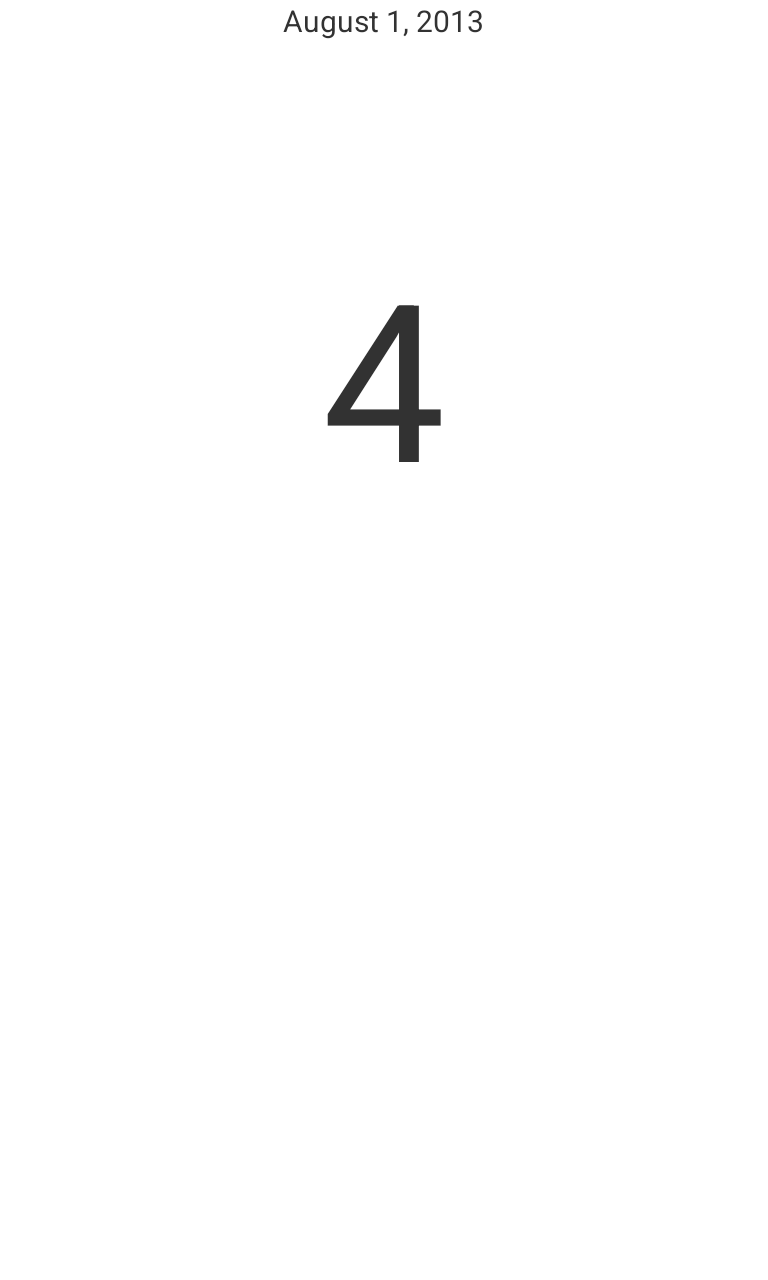
Repository: jemcphe/XCell
Layout: XCell/res/layout/connected.xml
The author's editor kept a copy of each file at every save. The layout is drawn from the files as they stood at one save, then again after the next save.
It is drawn on a 768 x 1280 px phone screen (xhdpi) without system bars, with theme Theme.Xcell; the app's code is not run.

Above is the layout before, as saved 2013-08-16 21:30:39.

### XCell/res/layout/connected.xml
<?xml version="1.0" encoding="utf-8"?>
<RelativeLayout xmlns:android="http://schemas.android.com/apk/res/android"
    android:layout_width="match_parent"
    android:layout_height="match_parent"
    android:orientation="vertical" >

    <TextView
        android:id="@+id/connectedDate"
        android:layout_width="wrap_content"
        android:layout_height="wrap_content"
        android:layout_alignParentTop="true"
        android:layout_centerHorizontal="true"
        android:text="August 1, 2013"
        android:textSize="15sp"/>

    <TextView
        android:id="@+id/connectedValue"
        android:layout_width="wrap_content"
        android:layout_height="wrap_content"
        android:layout_below="@+id/connectedDate"
        android:layout_centerHorizontal="true"
        android:layout_marginTop="94dp"
        android:textSize="110sp"
        android:text="4" />

</RelativeLayout>

### XCell/res/values/styles_xcell.xml
<?xml version="1.0" encoding="utf-8"?>

<resources>

    <style name="Theme.Xcell" parent="@android:style/Theme.Holo.Light">
        <item name="android:actionBarItemBackground">@drawable/selectable_background_xcell</item>
        <item name="android:popupMenuStyle">@style/PopupMenu.Xcell</item>
        <item name="android:dropDownListViewStyle">@style/DropDownListView.Xcell</item>
        <item name="android:actionBarTabStyle">@style/ActionBarTabStyle.Xcell</item>
        <item name="android:actionDropDownStyle">@style/DropDownNav.Xcell</item>
        <item name="android:actionBarStyle">@style/ActionBar.Solid.Xcell</item>
        <item name="android:actionModeBackground">@drawable/cab_background_top_xcell</item>
        <item name="android:actionModeSplitBackground">@drawable/cab_background_bottom_xcell</item>
        <item name="android:actionModeCloseButtonStyle">@style/ActionButton.CloseMode.Xcell</item>


    </style>

    <style name="ActionBar.Solid.Xcell" parent="@android:style/Widget.Holo.Light.ActionBar.Solid">
        <item name="android:background">@drawable/ab_background_textured_xcell</item>
        <item name="android:backgroundStacked">@drawable/ab_stacked_solid_xcell</item>
        <item name="android:backgroundSplit">@drawable/ab_background_textured_xcell</item>
        <item name="android:progressBarStyle">@style/ProgressBar.Xcell</item>
    </style>

    <style name="ActionBar.Transparent.Xcell" parent="@android:style/Widget.Holo.Light.ActionBar">
        <item name="android:background">@drawable/ab_transparent_xcell</item>
        <item name="android:progressBarStyle">@style/ProgressBar.Xcell</item>
    </style>

    <style name="PopupMenu.Xcell" parent="@android:style/Widget.Holo.Light.ListPopupWindow">
        <item name="android:popupBackground">@drawable/menu_dropdown_panel_xcell</item>
    </style>

    <style name="DropDownListView.Xcell" parent="@android:style/Widget.Holo.Light.ListView.DropDown">
        <item name="android:listSelector">@drawable/selectable_background_xcell</item>
    </style>

    <style name="ActionBarTabStyle.Xcell" parent="@android:style/Widget.Holo.Light.ActionBar.TabView">
        <item name="android:background">@drawable/tab_indicator_ab_xcell</item>
    </style>

    <style name="DropDownNav.Xcell" parent="@android:style/Widget.Holo.Light.Spinner">
        <item name="android:background">@drawable/spinner_background_ab_xcell</item>
        <item name="android:popupBackground">@drawable/menu_dropdown_panel_xcell</item>
        <item name="android:dropDownSelector">@drawable/selectable_background_xcell</item>
    </style>

    <style name="ProgressBar.Xcell" parent="@android:style/Widget.Holo.Light.ProgressBar.Horizontal">
        <item name="android:progressDrawable">@drawable/progress_horizontal_xcell</item>
    </style>

    <style name="ActionButton.CloseMode.Xcell" parent="@android:style/Widget.Holo.Light.ActionButton.CloseMode">
        <item name="android:background">@drawable/btn_cab_done_xcell</item>
    </style>

    <!-- this style is only referenced in a Light.DarkActionBar based theme -->
    <style name="Theme.Xcell.Widget" parent="@android:style/Theme.Holo">
        <item name="android:popupMenuStyle">@style/PopupMenu.Xcell</item>
        <item name="android:dropDownListViewStyle">@style/DropDownListView.Xcell</item>
    </style>

</resources>

### XCell/res/drawable/selectable_background_xcell.xml
<?xml version="1.0" encoding="utf-8"?>
<!-- File created by the Android Action Bar Style Generator

     Copyright (C) 2011 The Android Open Source Project
     Copyright (C) 2012 readyState Software Ltd

     Licensed under the Apache License, Version 2.0 (the "License");
     you may not use this file except in compliance with the License.
     You may obtain a copy of the License at

          http://www.apache.org/licenses/LICENSE-2.0

     Unless required by applicable law or agreed to in writing, software
     distributed under the License is distributed on an "AS IS" BASIS,
     WITHOUT WARRANTIES OR CONDITIONS OF ANY KIND, either express or implied.
     See the License for the specific language governing permissions and
     limitations under the License.
-->

<selector xmlns:android="http://schemas.android.com/apk/res/android"
        android:exitFadeDuration="@android:integer/config_mediumAnimTime" >
    <item android:state_pressed="false" android:state_focused="true" android:drawable="@drawable/list_focused_xcell" />
    <item android:state_pressed="true" android:drawable="@drawable/pressed_background_xcell" />
    <item android:drawable="@android:color/transparent" />
</selector>

### XCell/res/drawable/btn_cab_done_xcell.xml
<?xml version="1.0" encoding="utf-8"?>
<!-- File created by the Android Action Bar Style Generator

     Copyright (C) 2011 The Android Open Source Project
     Copyright (C) 2012 readyState Software Ltd

     Licensed under the Apache License, Version 2.0 (the "License");
     you may not use this file except in compliance with the License.
     You may obtain a copy of the License at

          http://www.apache.org/licenses/LICENSE-2.0

     Unless required by applicable law or agreed to in writing, software
     distributed under the License is distributed on an "AS IS" BASIS,
     WITHOUT WARRANTIES OR CONDITIONS OF ANY KIND, either express or implied.
     See the License for the specific language governing permissions and
     limitations under the License.
-->

<selector xmlns:android="http://schemas.android.com/apk/res/android">
    <item android:state_pressed="true"
        android:drawable="@drawable/btn_cab_done_pressed_xcell" />
    <item android:state_focused="true" android:state_enabled="true"
        android:drawable="@drawable/btn_cab_done_focused_xcell" />
    <item android:state_enabled="true"
        android:drawable="@drawable/btn_cab_done_default_xcell" />
</selector>

### XCell/res/drawable/ab_background_textured_xcell.xml
<?xml version="1.0" encoding="utf-8"?>
<!-- File created by the Android Action Bar Style Generator

     Copyright (C) 2012 readyState Software Ltd

     Licensed under the Apache License, Version 2.0 (the "License");
     you may not use this file except in compliance with the License.
     You may obtain a copy of the License at

          http://www.apache.org/licenses/LICENSE-2.0

     Unless required by applicable law or agreed to in writing, software
     distributed under the License is distributed on an "AS IS" BASIS,
     WITHOUT WARRANTIES OR CONDITIONS OF ANY KIND, either express or implied.
     See the License for the specific language governing permissions and
     limitations under the License.
-->

<bitmap xmlns:android="http://schemas.android.com/apk/res/android"
    android:src="@drawable/ab_texture_tile_xcell"
    android:tileMode="repeat" />

### XCell/res/drawable/progress_horizontal_xcell.xml
<?xml version="1.0" encoding="utf-8"?>
<!-- File created by the Android Action Bar Style Generator

     Copyright (C) 2011 The Android Open Source Project
     Copyright (C) 2012 readyState Software Ltd

     Licensed under the Apache License, Version 2.0 (the "License");
     you may not use this file except in compliance with the License.
     You may obtain a copy of the License at

          http://www.apache.org/licenses/LICENSE-2.0

     Unless required by applicable law or agreed to in writing, software
     distributed under the License is distributed on an "AS IS" BASIS,
     WITHOUT WARRANTIES OR CONDITIONS OF ANY KIND, either express or implied.
     See the License for the specific language governing permissions and
     limitations under the License.
-->

<layer-list xmlns:android="http://schemas.android.com/apk/res/android">

    <item android:id="@android:id/background"
          android:drawable="@drawable/progress_bg_xcell" />

    <item android:id="@android:id/secondaryProgress">
        <scale android:scaleWidth="100%"
               android:drawable="@drawable/progress_secondary_xcell" />
    </item>

    <item android:id="@android:id/progress">
        <scale android:scaleWidth="100%"
               android:drawable="@drawable/progress_primary_xcell" />
    </item>

</layer-list>

### XCell/res/drawable/spinner_background_ab_xcell.xml
<?xml version="1.0" encoding="utf-8"?>
<!-- File created by the Android Action Bar Style Generator

     Copyright (C) 2011 The Android Open Source Project
     Copyright (C) 2012 readyState Software Ltd

     Licensed under the Apache License, Version 2.0 (the "License");
     you may not use this file except in compliance with the License.
     You may obtain a copy of the License at

          http://www.apache.org/licenses/LICENSE-2.0

     Unless required by applicable law or agreed to in writing, software
     distributed under the License is distributed on an "AS IS" BASIS,
     WITHOUT WARRANTIES OR CONDITIONS OF ANY KIND, either express or implied.
     See the License for the specific language governing permissions and
     limitations under the License.
-->

<selector xmlns:android="http://schemas.android.com/apk/res/android">
    <item android:state_enabled="false"
        android:drawable="@drawable/spinner_ab_disabled_xcell" />
    <item android:state_pressed="true"
        android:drawable="@drawable/spinner_ab_pressed_xcell" />
    <item android:state_pressed="false" android:state_focused="true"
        android:drawable="@drawable/spinner_ab_focused_xcell" />
    <item android:drawable="@drawable/spinner_ab_default_xcell" />
</selector>

### XCell/res/drawable/tab_indicator_ab_xcell.xml
<?xml version="1.0" encoding="utf-8"?>
<!-- File created by the Android Action Bar Style Generator

     Copyright (C) 2011 The Android Open Source Project
     Copyright (C) 2012 readyState Software Ltd

     Licensed under the Apache License, Version 2.0 (the "License");
     you may not use this file except in compliance with the License.
     You may obtain a copy of the License at

          http://www.apache.org/licenses/LICENSE-2.0

     Unless required by applicable law or agreed to in writing, software
     distributed under the License is distributed on an "AS IS" BASIS,
     WITHOUT WARRANTIES OR CONDITIONS OF ANY KIND, either express or implied.
     See the License for the specific language governing permissions and
     limitations under the License.
-->

<selector xmlns:android="http://schemas.android.com/apk/res/android">
    <!-- Non focused states -->
    <item android:state_focused="false" android:state_selected="false" android:state_pressed="false" android:drawable="@android:color/transparent"/>
    <item android:state_focused="false" android:state_selected="true"  android:state_pressed="false" android:drawable="@drawable/tab_selected_xcell" />

    <!-- Focused states -->
    <item android:state_focused="true" android:state_selected="false" android:state_pressed="false" android:drawable="@drawable/tab_unselected_focused_xcell" />
    <item android:state_focused="true" android:state_selected="true"  android:state_pressed="false" android:drawable="@drawable/tab_selected_focused_xcell" />

    <!-- Pressed -->
    <!--    Non focused states -->
    <item android:state_focused="false" android:state_selected="false" android:state_pressed="true" android:drawable="@drawable/tab_unselected_pressed_xcell" />
    <item android:state_focused="false" android:state_selected="true"  android:state_pressed="true" android:drawable="@drawable/tab_selected_pressed_xcell" />

    <!--    Focused states -->
    <item android:state_focused="true" android:state_selected="false" android:state_pressed="true" android:drawable="@drawable/tab_unselected_pressed_xcell" />
    <item android:state_focused="true" android:state_selected="true"  android:state_pressed="true" android:drawable="@drawable/tab_selected_pressed_xcell" />
</selector>

### XCell/res/drawable/pressed_background_xcell.xml
<?xml version="1.0" encoding="utf-8"?>
<!-- File created by the Android Action Bar Style Generator

     Copyright (C) 2011 The Android Open Source Project
     Copyright (C) 2012 readyState Software Ltd

     Licensed under the Apache License, Version 2.0 (the "License");
     you may not use this file except in compliance with the License.
     You may obtain a copy of the License at

          http://www.apache.org/licenses/LICENSE-2.0

     Unless required by applicable law or agreed to in writing, software
     distributed under the License is distributed on an "AS IS" BASIS,
     WITHOUT WARRANTIES OR CONDITIONS OF ANY KIND, either express or implied.
     See the License for the specific language governing permissions and
     limitations under the License.
-->

<shape xmlns:android="http://schemas.android.com/apk/res/android" android:shape="rectangle">
    <solid android:color="@color/pressed_xcell" />
</shape>

### XCell/res/values/colors_xcell.xml
<?xml version="1.0" encoding="utf-8"?>
<!-- File created by the Android Action Bar Style Generator

     Copyright (C) 2011 The Android Open Source Project
     Copyright (C) 2012 readyState Software Ltd

     Licensed under the Apache License, Version 2.0 (the "License");
     you may not use this file except in compliance with the License.
     You may obtain a copy of the License at

          http://www.apache.org/licenses/LICENSE-2.0

     Unless required by applicable law or agreed to in writing, software
     distributed under the License is distributed on an "AS IS" BASIS,
     WITHOUT WARRANTIES OR CONDITIONS OF ANY KIND, either express or implied.
     See the License for the specific language governing permissions and
     limitations under the License.
-->

<resources>
    <color name="pressed_xcell">#CC33B5E5</color>
    <color name="background_xcell">#d8e8e8</color>
    <color name="xcell_blue">#12679b</color>
</resources>

After the next save:
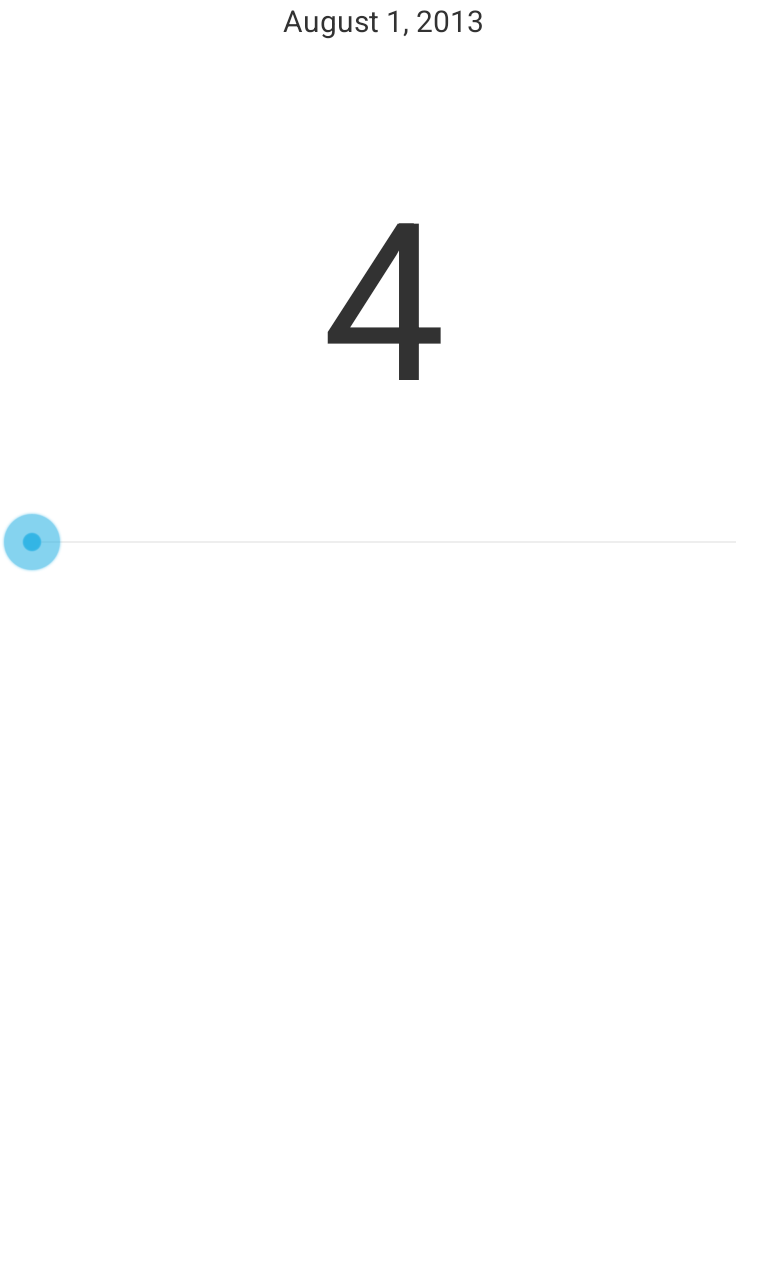
Saved 11 min 29 s later.
--- a/XCell/res/layout/connected.xml
+++ b/XCell/res/layout/connected.xml
@@ -1,6 +1,6 @@
 <?xml version="1.0" encoding="utf-8"?>
 <RelativeLayout xmlns:android="http://schemas.android.com/apk/res/android"
-    android:layout_width="match_parent"
+    android:layout_width="90%"
     android:layout_height="match_parent"
     android:orientation="vertical" >
 
@@ -19,8 +19,16 @@
         android:layout_height="wrap_content"
         android:layout_below="@+id/connectedDate"
         android:layout_centerHorizontal="true"
-        android:layout_marginTop="94dp"
-        android:textSize="110sp"
-        android:text="4" />
+        android:layout_marginTop="53dp"
+        android:text="4"
+        android:textSize="110sp" />
+
+    <SeekBar
+        android:id="@+id/seekBar1"
+        android:layout_width="match_parent"
+        android:layout_height="wrap_content"
+        android:layout_alignParentLeft="true"
+        android:layout_below="@+id/connectedValue"
+        android:layout_marginTop="35dp" />
 
 </RelativeLayout>
